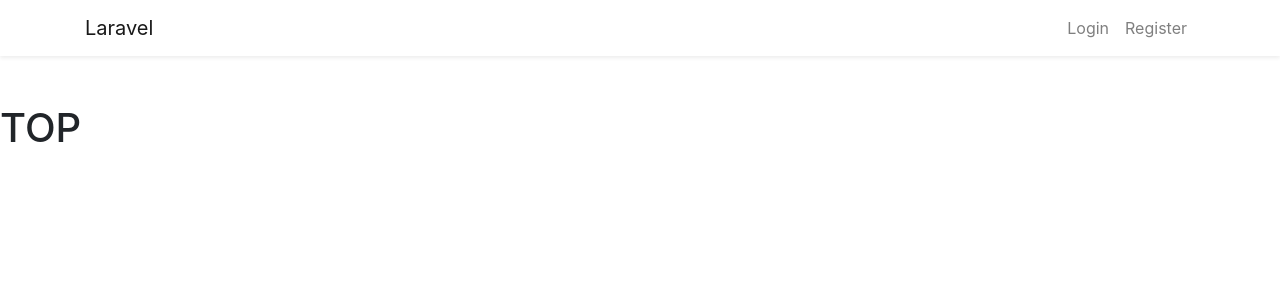
Repository: mee08/original
Page: http://localhost/
An editor plug-in stored every save of this project. The page is shown before and after the next save, followed by the edit.
The browser window is 1280 px wide. The pictures show the whole page.
The page is served by the project's Laravel application, run on PHP 8.4 with Laravel 8.

Above is the page before, as saved 2021-10-07 22:02:59.

After the next save:
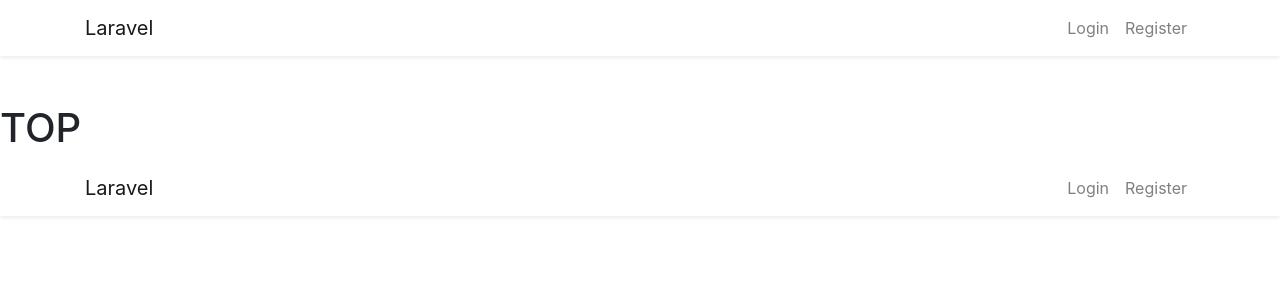
Saved 13 s later.
--- a/resources/views/layouts/base.blade.php
+++ b/resources/views/layouts/base.blade.php
@@ -20,7 +20,7 @@
 
     @include('layouts.header')
     @yield('contents')
-
+    @include('layouts.header')
 
   <!-- オプションのJavaScript -->
   <!-- 最初にjQuery、次にPopper.js、次にBootstrap JS -->
